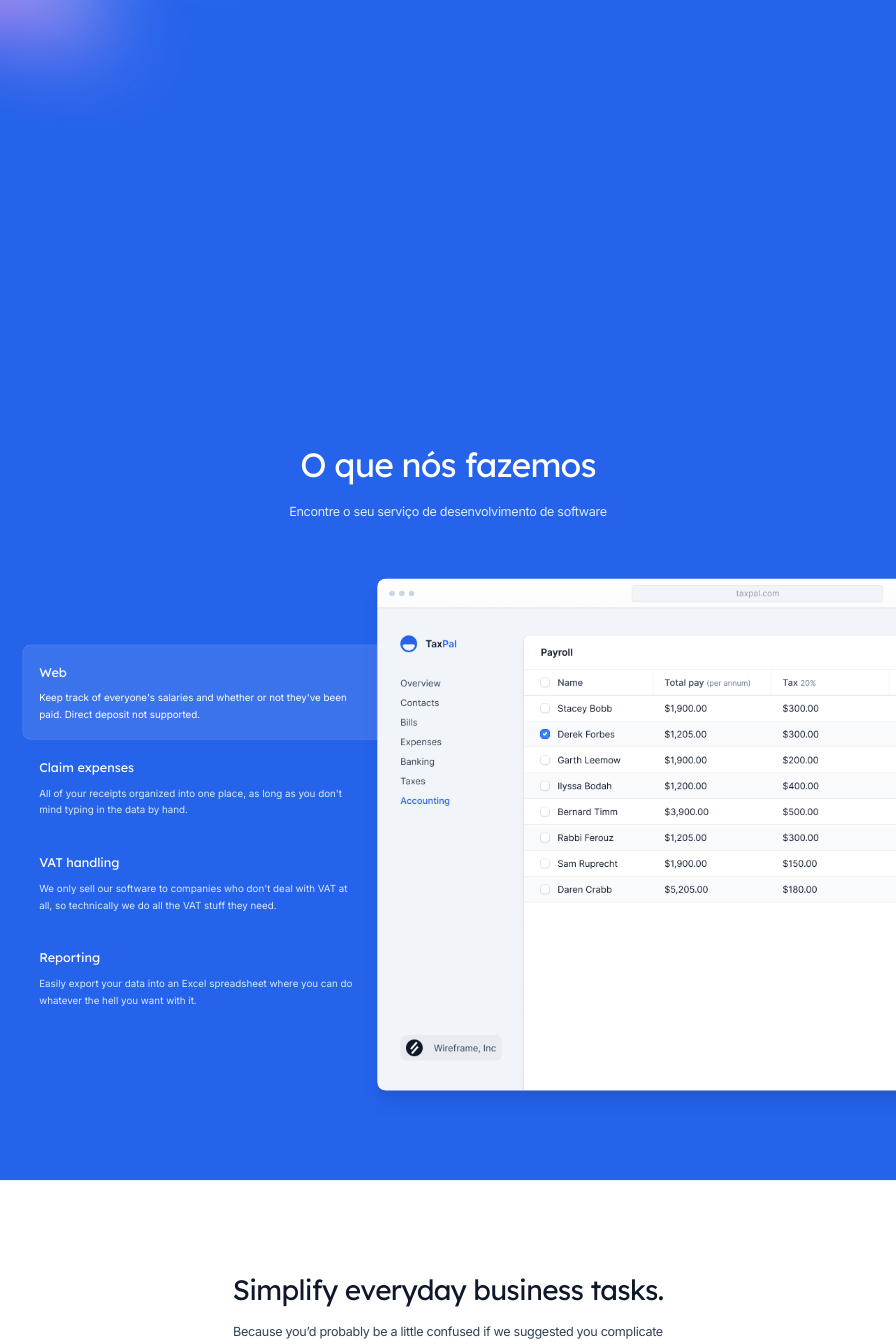
Repository: LuisSempre/imaginative
Page: /
An editor plug-in stored every save of this project. The page is shown before and after the next save, followed by the edit.
The browser window is 1280 px wide. The pictures show the part of the page from y = 1377 to 3297 px (the page is 9918 px tall), at 70% of full size.
The project was rebuilt for these pictures with package versions that can differ from the ones it lists, and the page was loaded fresh each time. The framework's server and built-in components were replaced by stand-ins that run in the browser. Also part of the build but not shown: next.config.js.

Above is the page before, as saved 2022-07-15 09:23:41.

### src/pages/index.jsx
import Head from 'next/head'

import { CallToAction } from '@/components/CallToAction'
import { Faqs } from '@/components/Faqs'
import { Footer } from '@/components/Footer'
import { Header } from '@/components/Header'
import { Hero } from '@/components/Hero'
import { Contact } from '@/components/Contact'
import { PrimaryFeatures } from '@/components/PrimaryFeatures'
import { SecondaryFeatures } from '@/components/SecondaryFeatures'
import { Testimonials } from '@/components/Testimonials'

export default function Home() {
  return (
    <>
      <Head>
        <title>TaxPal - Accounting made simple for small businesses</title>
        <meta
          name="description"
          content="Most bookkeeping software is accurate, but hard to use. We make the opposite trade-off, and hope you don’t get audited."
        />
      </Head>
      <Header />
      <main>
        <Hero />
        <PrimaryFeatures />
        <SecondaryFeatures />
        <CallToAction />
        <Testimonials />
        <Contact />
        <Faqs />
      </main>
      <Footer />
    </>
  )
}

### src/components/CallToAction.jsx
import Image from 'next/future/image'

import { Button } from '@/components/Button'
import { Container } from '@/components/Container'
import backgroundImage from '@/images/background-call-to-action.jpg'

export function CallToAction() {
  return (
    <section
      id="get-started-today"
      className="relative overflow-hidden bg-blue-600 py-32"
    >
      <Image
        className="absolute top-1/2 left-1/2 max-w-none -translate-x-1/2 -translate-y-1/2"
        src={backgroundImage}
        alt=""
        width={2347}
        height={1244}
        unoptimized
      />
      <Container className="relative">
        <div className="mx-auto max-w-lg text-center">
          <h2 className="font-display text-3xl tracking-tight text-white sm:text-4xl">
            Get started today
          </h2>
          <p className="mt-4 text-lg tracking-tight text-white">
            It’s time to take control of your books. Buy our software so you can
            feel like you’re doing something productive.
          </p>
          <Button href="/register" color="white" className="mt-10">
            Get 6 months free
          </Button>
        </div>
      </Container>
    </section>
  )
}

### src/components/Footer.jsx
import Link from 'next/link'

import { Container } from '@/components/Container'
import { Logo } from '@/components/Logo'
import { NavLink } from '@/components/NavLink'

export function Footer() {
  return (
    <footer className="bg-slate-50">
      <Container>
        <div className="py-16">
          <Logo className="mx-auto h-10 w-auto" />
          <nav className="mt-10 text-sm" aria-label="quick links">
            <div className="-my-1 flex justify-center gap-x-6">
              <NavLink href="#features">Features</NavLink>
              <NavLink href="#testimonials">Testimonials</NavLink>
              <NavLink href="#pricing">Pricing</NavLink>
            </div>
          </nav>
        </div>
        <div className="flex flex-col items-center border-t border-slate-400/10 py-10 sm:flex-row-reverse sm:justify-between">
          <div className="flex gap-x-6">
            <Link
              href="https://twitter.com"
              className="group"
              aria-label="TaxPal on Twitter"
            >
              <svg
                aria-hidden="true"
                className="h-6 w-6 fill-slate-500 group-hover:fill-slate-700"
              >
                <path d="M8.29 20.251c7.547 0 11.675-6.253 11.675-11.675 0-.178 0-.355-.012-.53A8.348 8.348 0 0 0 22 5.92a8.19 8.19 0 0 1-2.357.646 4.118 4.118 0 0 0 1.804-2.27 8.224 8.224 0 0 1-2.605.996 4.107 4.107 0 0 0-6.993 3.743 11.65 11.65 0 0 1-8.457-4.287 4.106 4.106 0 0 0 1.27 5.477A4.073 4.073 0 0 1 2.8 9.713v.052a4.105 4.105 0 0 0 3.292 4.022 4.093 4.093 0 0 1-1.853.07 4.108 4.108 0 0 0 3.834 2.85A8.233 8.233 0 0 1 2 18.407a11.615 11.615 0 0 0 6.29 1.84" />
              </svg>
            </Link>
            <Link
              href="https://github.com"
              className="group"
              aria-label="TaxPal on GitHub"
            >
              <svg
                aria-hidden="true"
                className="h-6 w-6 fill-slate-500 group-hover:fill-slate-700"
              >
                <path d="M12 2C6.477 2 2 6.484 2 12.017c0 4.425 2.865 8.18 6.839 9.504.5.092.682-.217.682-.483 0-.237-.008-.868-.013-1.703-2.782.605-3.369-1.343-3.369-1.343-.454-1.158-1.11-1.466-1.11-1.466-.908-.62.069-.608.069-.608 1.003.07 1.531 1.032 1.531 1.032.892 1.53 2.341 1.088 2.91.832.092-.647.35-1.088.636-1.338-2.22-.253-4.555-1.113-4.555-4.951 0-1.093.39-1.988 1.029-2.688-.103-.253-.446-1.272.098-2.65 0 0 .84-.27 2.75 1.026A9.564 9.564 0 0 1 12 6.844a9.59 9.59 0 0 1 2.504.337c1.909-1.296 2.747-1.027 2.747-1.027.546 1.379.202 2.398.1 2.651.64.7 1.028 1.595 1.028 2.688 0 3.848-2.339 4.695-4.566 4.943.359.309.678.92.678 1.855 0 1.338-.012 2.419-.012 2.747 0 .268.18.58.688.482A10.02 10.02 0 0 0 22 12.017C22 6.484 17.522 2 12 2Z" />
              </svg>
            </Link>
          </div>
          <p className="mt-6 text-sm text-slate-500 sm:mt-0">
            Copyright &copy; {new Date().getFullYear()} TaxPal. All rights
            reserved.
          </p>
        </div>
      </Container>
    </footer>
  )
}

### src/components/Header.jsx
import { Fragment } from 'react'
import Link from 'next/link'
import { Popover, Transition } from '@headlessui/react'
import clsx from 'clsx'
import { Container } from '@/components/Container'
import { Logo } from '@/components/Logo'
import { NavLink } from '@/components/NavLink'

function MobileNavLink({ href, children }) {
  return (
    <Popover.Button as={Link} href={href} className="block w-full p-2">
      {children}
    </Popover.Button>
  )
}

function MobileNavIcon({ open }) {
  return (
    <svg
      aria-hidden="true"
      className="h-3.5 w-3.5 overflow-visible stroke-slate-700"
      fill="none"
      strokeWidth={2}
      strokeLinecap="round"
    >
      <path
        d="M0 1H14M0 7H14M0 13H14"
        className={clsx(
          'origin-center transition',
          open && 'scale-90 opacity-0'
        )}
      />
      <path
        d="M2 2L12 12M12 2L2 12"
        className={clsx(
          'origin-center transition',
          !open && 'scale-90 opacity-0'
        )}
      />
    </svg>
  )
}

function MobileNavigation() {
  return (
    <Popover>
      <Popover.Button
        className="relative z-10 flex h-8 w-8 items-center justify-center [&:not(:focus-visible)]:focus:outline-none"
        aria-label="Toggle Navigation"
      >
        {({ open }) => <MobileNavIcon open={open} />}
      </Popover.Button>
      <Transition.Root>
        <Transition.Child
          as={Fragment}
          enter="duration-150 ease-out"
          enterFrom="opacity-0"
          enterTo="opacity-100"
          leave="duration-150 ease-in"
          leaveFrom="opacity-100"
          leaveTo="opacity-0"
        >
          <Popover.Overlay className="fixed inset-0 bg-slate-300/50" />
        </Transition.Child>
        <Transition.Child
          as={Fragment}
          enter="duration-150 ease-out"
          enterFrom="opacity-0 scale-95"
          enterTo="opacity-100 scale-100"
          leave="duration-100 ease-in"
          leaveFrom="opacity-100 scale-100"
          leaveTo="opacity-0 scale-95"
        >
          <Popover.Panel
            as="div"
            className="absolute inset-x-0 flex flex-col p-4 mt-4 text-lg tracking-tight origin-top bg-white shadow-xl top-full rounded-2xl text-slate-900 ring-1 ring-slate-900/5"
          >
            <MobileNavLink href="#services">Serviços</MobileNavLink>
            <MobileNavLink href="#portifolio">Portfólio</MobileNavLink>
            <MobileNavLink href="#sobre">Sobre</MobileNavLink>
          </Popover.Panel>
        </Transition.Child>
      </Transition.Root>
    </Popover>
  )
}

export function Header() {
  return (
    <header className="py-10">
      <Container>
        <nav className="relative z-50 flex justify-between">
          <div className="flex items-center md:gap-x-12">
            <Link href="#" aria-label="Home">
              <Logo className="w-auto h-10" />
            </Link>
          </div>
          <div className="flex items-center gap-x-5 md:gap-x-8">
            <div className="hidden md:flex">
              <NavLink href="#services">Serviços</NavLink>
              <NavLink href="#portifolio">Portfólio</NavLink>
              <NavLink href="#sobre">Sobre</NavLink>
            </div>
            <div className="-mr-1 md:hidden">
              <MobileNavigation />
            </div>
          </div>
        </nav>
      </Container>
    </header>
  )
}

### src/components/Hero.jsx
import Image from 'next/future/image'

import { Button } from '@/components/Button'
import { Container } from '@/components/Container'
import logoLaravel from '@/images/logos/laravel.svg'
import logoMirage from '@/images/logos/mirage.svg'
import logoStatamic from '@/images/logos/statamic.svg'
import logoStaticKit from '@/images/logos/statickit.svg'
import logoTransistor from '@/images/logos/transistor.svg'
import logoTuple from '@/images/logos/tuple.svg'

export function Hero() {
  return (
    <Container className="pt-20 pb-16 text-center lg:pt-32">
      <h1 className="max-w-4xl mx-auto text-5xl font-medium tracking-tight font-display text-slate-900 sm:text-7xl">
        Construindo{' '}
        <span className="relative text-blue-500 whitespace-nowrap">
          <svg
            aria-hidden="true"
            viewBox="0 0 418 42"
            className="absolute top-2/3 left-0 h-[0.58em] w-full fill-blue-300/70"
            preserveAspectRatio="none"
          >
            <path d="M203.371.916c-26.013-2.078-76.686 1.963-124.73 9.946L67.3 12.749C35.421 18.062 18.2 21.766 6.004 25.934 1.244 27.561.828 27.778.874 28.61c.07 1.214.828 1.121 9.595-1.176 9.072-2.377 17.15-3.92 39.246-7.496C123.565 7.986 157.869 4.492 195.942 5.046c7.461.108 19.25 1.696 19.17 2.582-.107 1.183-7.874 4.31-25.75 10.366-21.992 7.45-35.43 12.534-36.701 13.884-2.173 2.308-.202 4.407 4.442 4.734 2.654.187 3.263.157 15.593-.78 35.401-2.686 57.944-3.488 88.365-3.143 46.327.526 75.721 2.23 130.788 7.584 19.787 1.924 20.814 1.98 24.557 1.332l.066-.011c1.201-.203 1.53-1.825.399-2.335-2.911-1.31-4.893-1.604-22.048-3.261-57.509-5.556-87.871-7.36-132.059-7.842-23.239-.254-33.617-.116-50.627.674-11.629.54-42.371 2.494-46.696 2.967-2.359.259 8.133-3.625 26.504-9.81 23.239-7.825 27.934-10.149 28.304-14.005.417-4.348-3.529-6-16.878-7.066Z" />
          </svg>
          <span className="relative">software inovador</span>
        </span>{' '}
        para você crescer.
      </h1>
      <p className="max-w-2xl mx-auto mt-6 text-xl tracking-tight text-slate-700">
        Desenvolvimento de aplicativos web e mobile
      </p>
      <div className="flex justify-center mt-10 gap-x-6">
        <Button className="px-12 py-4 text-xl" href="#contato">
          Entre em contato
        </Button>
      </div>
      <div className="mt-36 lg:mt-44">
        <p className="text-base font-display text-slate-900">
         Confiado por empresas inovadoras
        </p>
        <ul
          role="list"
          className="flex items-center justify-center mt-8 gap-x-8 sm:flex-col sm:gap-x-0 sm:gap-y-10 xl:flex-row xl:gap-x-12 xl:gap-y-0"
        >
          {[
            [
              { name: 'Transistor', logo: logoTransistor },
              { name: 'Tuple', logo: logoTuple },
              { name: 'StaticKit', logo: logoStaticKit },
            ],
            [
              { name: 'Mirage', logo: logoMirage },
              { name: 'Laravel', logo: logoLaravel },
              { name: 'Statamic', logo: logoStatamic },
            ],
          ].map((group, groupIndex) => (
            <li key={groupIndex}>
              <ul
                role="list"
                className="flex flex-col items-center gap-y-8 sm:flex-row sm:gap-x-12 sm:gap-y-0"
              >
                {group.map((company) => (
                  <li key={company.name} className="flex">
                    <Image src={company.logo} alt={company.name} unoptimized />
                  </li>
                ))}
              </ul>
            </li>
          ))}
        </ul>
      </div>
    </Container>
  )
}

### src/components/PrimaryFeatures.jsx
import { useEffect, useState } from 'react'
import Image from 'next/future/image'
import { Tab } from '@headlessui/react'
import clsx from 'clsx'

import { Container } from '@/components/Container'
import backgroundImage from '@/images/background-features.jpg'
import screenshotExpenses from '@/images/screenshots/expenses.png'
import screenshotPayroll from '@/images/screenshots/payroll.png'
import screenshotReporting from '@/images/screenshots/reporting.png'
import screenshotVatReturns from '@/images/screenshots/vat-returns.png'

const features = [
  {
    title: 'Web',
    description:
      "Keep track of everyone's salaries and whether or not they've been paid. Direct deposit not supported.",
    image: screenshotPayroll,
  },
  {
    title: 'Claim expenses',
    description:
      "All of your receipts organized into one place, as long as you don't mind typing in the data by hand.",
    image: screenshotExpenses,
  },
  {
    title: 'VAT handling',
    description:
      "We only sell our software to companies who don't deal with VAT at all, so technically we do all the VAT stuff they need.",
    image: screenshotVatReturns,
  },
  {
    title: 'Reporting',
    description:
      'Easily export your data into an Excel spreadsheet where you can do whatever the hell you want with it.',
    image: screenshotReporting,
  },
]

export function PrimaryFeatures() {
  let [tabOrientation, setTabOrientation] = useState('horizontal')

  useEffect(() => {
    let lgMediaQuery = window.matchMedia('(min-width: 1024px)')

    function onMediaQueryChange({ matches }) {
      setTabOrientation(matches ? 'vertical' : 'horizontal')
    }

    onMediaQueryChange(lgMediaQuery)
    lgMediaQuery.addEventListener('change', onMediaQueryChange)

    return () => {
      lgMediaQuery.removeEventListener('change', onMediaQueryChange)
    }
  }, [])

  return (
    <section
      id="features"
      aria-label="Features for running your books"
      className="relative pt-20 overflow-hidden bg-blue-600 pb-28 sm:py-32"
    >
      <Image
        className="absolute top-1/2 left-1/2 max-w-none translate-x-[-44%] translate-y-[-42%]"
        src={backgroundImage}
        alt=""
        width={2245}
        height={1636}
        unoptimized
      />
      <Container className="relative">
        <div className="max-w-2xl md:mx-auto md:text-center xl:max-w-none">
          <h2 className="text-3xl tracking-tight text-white font-display sm:text-4xl md:text-5xl">
            O que nós fazemos
          </h2>
          <p className="mt-6 text-lg tracking-tight text-blue-100">
            Encontre o seu serviço de desenvolvimento de software
          </p>
        </div>
        <Tab.Group
          as="div"
          className="grid items-center grid-cols-1 pt-10 mt-16 gap-y-2 sm:gap-y-6 md:mt-20 lg:grid-cols-12 lg:pt-0"
          vertical={tabOrientation === 'vertical'}
        >
          {({ selectedIndex }) => (
            <>
              <div className="flex pb-4 -mx-4 overflow-x-auto sm:mx-0 sm:overflow-visible sm:pb-0 lg:col-span-5">
                <Tab.List className="relative z-10 flex px-4 gap-x-4 whitespace-nowrap sm:mx-auto sm:px-0 lg:mx-0 lg:block lg:gap-x-0 lg:gap-y-1 lg:whitespace-normal">
                  {features.map((feature, featureIndex) => (
                    <div
                      key={feature.title}
                      className={clsx(
                        'group relative rounded-full py-1 px-4 lg:rounded-r-none lg:rounded-l-xl lg:p-6',
                        selectedIndex === featureIndex
                          ? 'bg-white lg:bg-white/10 lg:ring-1 lg:ring-inset lg:ring-white/10'
                          : 'hover:bg-white/10 lg:hover:bg-white/5'
                      )}
                    >
                      <h3>
                        <Tab
                          className={clsx(
                            'font-display text-lg [&:not(:focus-visible)]:focus:outline-none',
                            selectedIndex === featureIndex
                              ? 'text-blue-600 lg:text-white'
                              : 'text-blue-100 hover:text-white lg:text-white'
                          )}
                        >
                          <span className="absolute inset-0 rounded-full lg:rounded-r-none lg:rounded-l-xl" />
                          {feature.title}
                        </Tab>
                      </h3>
                      <p
                        className={clsx(
                          'mt-2 hidden text-sm lg:block',
                          selectedIndex === featureIndex
                            ? 'text-white'
                            : 'text-blue-100 group-hover:text-white'
                        )}
                      >
                        {feature.description}
                      </p>
                    </div>
                  ))}
                </Tab.List>
              </div>
              <Tab.Panels className="lg:col-span-7">
                {features.map((feature) => (
                  <Tab.Panel key={feature.title} unmount={false}>
                    <div className="relative sm:px-6 lg:hidden">
                      <div className="absolute -inset-x-4 top-[-6.5rem] bottom-[-4.25rem] bg-white/10 ring-1 ring-inset ring-white/10 sm:inset-x-0 sm:rounded-t-xl" />
                      <p className="relative max-w-2xl mx-auto text-base text-white sm:text-center">
                        {feature.description}
                      </p>
                    </div>
                    <div className="mt-10 w-[45rem] overflow-hidden rounded-xl bg-slate-50 shadow-xl shadow-blue-900/20 sm:w-auto lg:mt-0 lg:w-[67.8125rem]">
                      <Image
                        className="w-full"
                        src={feature.image}
                        alt=""
                        priority
                        sizes="(min-width: 1024px) 67.8125rem, (min-width: 640px) 100vw, 45rem"
                      />
                    </div>
                  </Tab.Panel>
                ))}
              </Tab.Panels>
            </>
          )}
        </Tab.Group>
      </Container>
    </section>
  )
}

### src/components/Button.jsx
import Link from 'next/link'
import clsx from 'clsx'

const baseStyles = {
  solid:
    'group inline-flex items-center justify-center rounded-full py-2 px-4 text-sm font-semibold focus:outline-none focus-visible:outline-2 focus-visible:outline-offset-2',
  outline:
    'group inline-flex ring-1 items-center justify-center rounded-full py-2 px-4 text-sm focus:outline-none',
}

const variantStyles = {
  solid: {
    slate:
      'bg-slate-900 text-white hover:bg-slate-700 hover:text-slate-100 active:bg-slate-800 active:text-slate-300 focus-visible:outline-slate-900',
    blue: 'bg-blue-600 text-white hover:text-slate-100 hover:bg-blue-500 active:bg-blue-800 active:text-blue-100 focus-visible:outline-blue-600',
    white:
      'bg-white text-slate-900 hover:bg-blue-50 active:bg-blue-200 active:text-slate-600 focus-visible:outline-white',
  },
  outline: {
    slate:
      'ring-slate-200 text-slate-700 hover:text-slate-900 hover:ring-slate-300 active:bg-slate-100 active:text-slate-600 focus-visible:outline-blue-600 focus-visible:ring-slate-300',
    white:
      'ring-slate-700 text-white hover:ring-slate-500 active:ring-slate-700 active:text-slate-400 focus-visible:outline-white',
  },
}

export function Button({
  variant = 'solid',
  color = 'slate',
  className,
  href,
  ...props
}) {
  className = clsx(
    baseStyles[variant],
    variantStyles[variant][color],
    className
  )

  return href ? (
    <Link href={href} className={className} {...props} />
  ) : (
    <button className={className} {...props} />
  )
}

### src/components/Logo.jsx
import Image from 'next/image'
import logo from '../images/logos/logo.png'
export function Logo(props) {
  return <Image src={logo}  width={200}  height={32} alt="Picture of the author" />
}

Loaded but not shown: src/pages/_app.jsx (common file); src/pages/_document.jsx (common file); src/styles/tailwind.css (common file); src/components/Container.jsx (common file); src/components/NavLink.jsx (common file); tailwind.config.js (common file); src/components/Contact.jsx (187 lines, source omitted); src/components/SecondaryFeatures.jsx (231 lines, source omitted); src/components/Testimonials.jsx (144 lines, source omitted); src/components/Faqs.jsx (110 lines, source omitted)

After the next save:
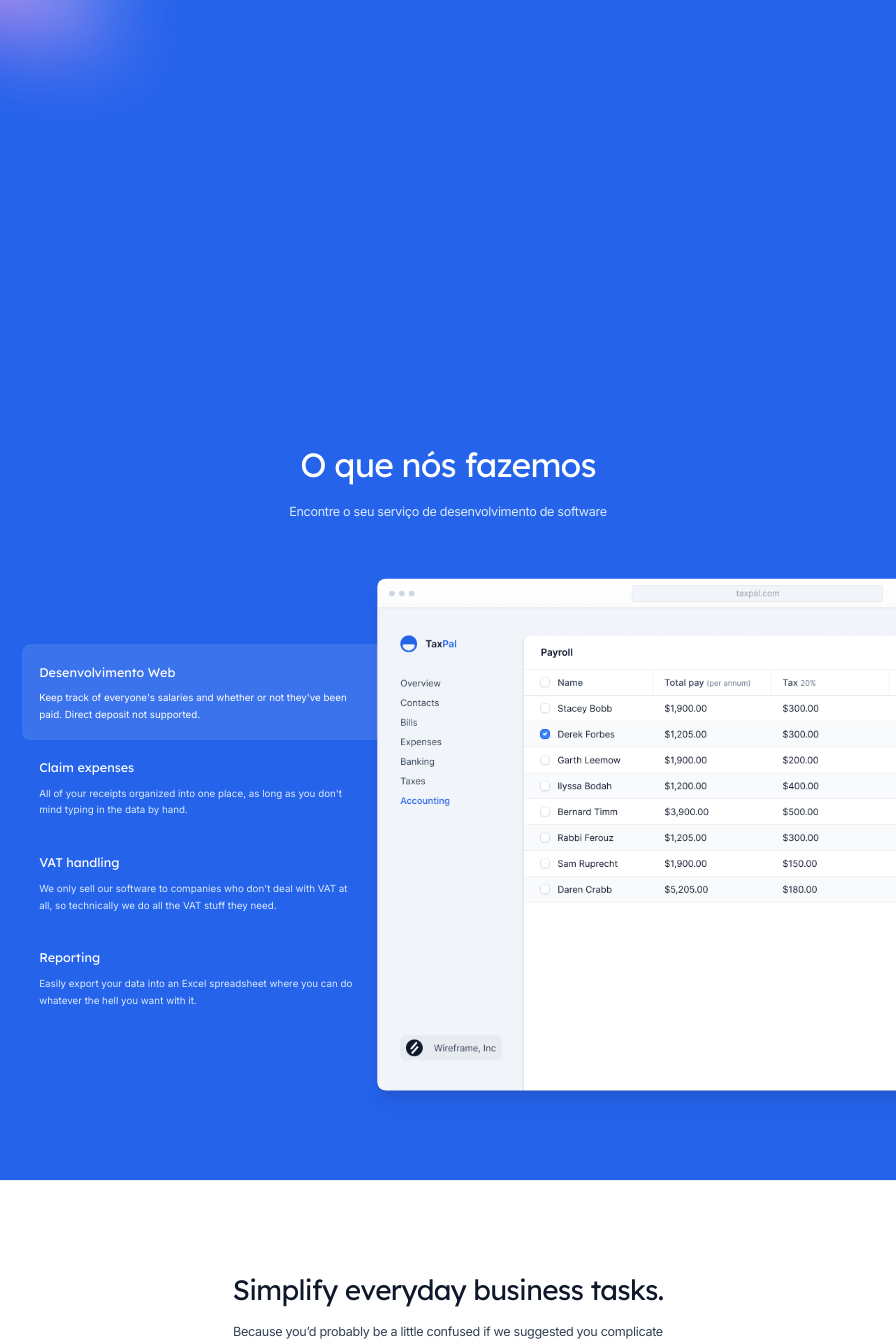
Saved 15 s later.
--- a/src/components/PrimaryFeatures.jsx
+++ b/src/components/PrimaryFeatures.jsx
@@ -12,7 +12,7 @@
 
 const features = [
   {
-    title: 'Web',
+    title: 'Desenvolvimento Web',
     description:
       "Keep track of everyone's salaries and whether or not they've been paid. Direct deposit not supported.",
     image: screenshotPayroll,
